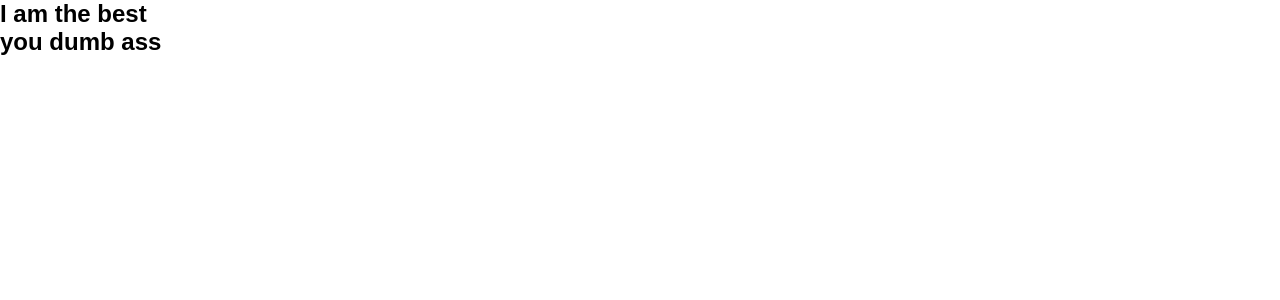
Repository: Imprasna/scrollmagic
Page: index.html
An editor plug-in stored every save of this project. The page is shown before and after a run of saves, followed by the edit.
The browser window is 1280 px wide. The pictures show the whole page.
Some web fonts or font styles are not loaded; a fallback is used. Some web libraries are served in a nearby version.

Above is the page before, as saved 2021-10-26 00:45:22.

### index.html
<!DOCTYPE html>
<html lang="en">
<head>
    <meta charset="UTF-8">
    <meta http-equiv="X-UA-Compatible" content="IE=edge">
    <meta name="viewport" content="width=device-width, initial-scale=1.0">
    <link rel="stylesheet" href="style.css">
    <script src="https://cdnjs.cloudflare.com/ajax/libs/gsap/3.8.0/gsap.min.js" integrity="sha512-eP6ippJojIKXKO8EPLtsUMS+/sAGHGo1UN/38swqZa1ypfcD4I0V/ac5G3VzaHfDaklFmQLEs51lhkkVaqg60Q==" crossorigin="anonymous" referrerpolicy="no-referrer"></script>
    <script src="https://cdnjs.cloudflare.com/ajax/libs/gsap/3.8.0/ScrollTrigger.min.js" integrity="sha512-CPA5LMoJI/a5HkSIAKcBtFXe4gqGjPUL2ExF/3PmhrrHI17wod9xOqqF+0WZQRKIIq0KwF8oG5BaiWobtrke3A==" crossorigin="anonymous" referrerpolicy="no-referrer"></script>
    <title>Gsap Animation</title>
</head>
<body>
    <div class="section">
        <nav>
            <h1 class="sliding-text">I am the best <br>you dumb ass</br></h1>
            <ul>
                <li><a href="#"></a></li>
            </ul>
        </nav>
    </div>
</body>
</html>

### style.css
@import url('https://fonts.googleapis.com/css2?family=Zen+Kurenaido&display=swap');


* {
    margin: 0;
    padding: 0;
    box-sizing: border-box;
}

html, body {
    font-family: 'Zen Kurenaido', sans-serif;
}

After the next 3 saves:
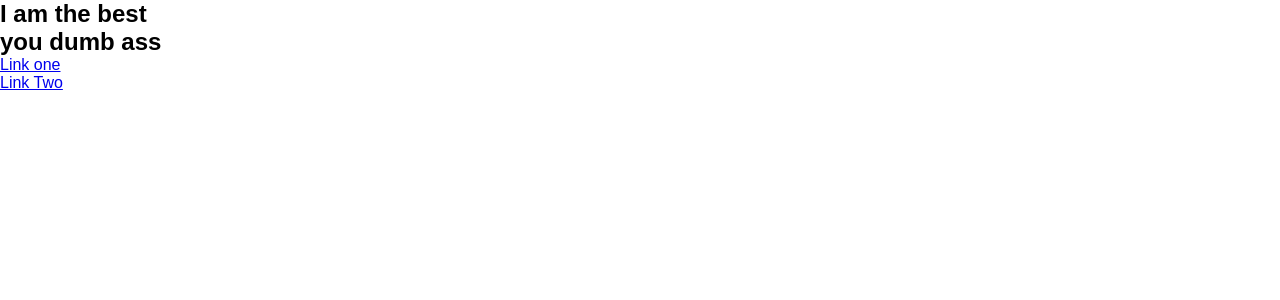
The 3 saves are shown as one change because they came seconds apart.
The last was saved 13 s later.
--- a/index.html
+++ b/index.html
@@ -14,7 +14,8 @@
         <nav>
             <h1 class="sliding-text">I am the best <br>you dumb ass</br></h1>
             <ul>
-                <li><a href="#"></a></li>
+                <li><a href="#">Link one</a></li>
+                <li><a href="#">Link Two</a></li>
             </ul>
         </nav>
     </div>
